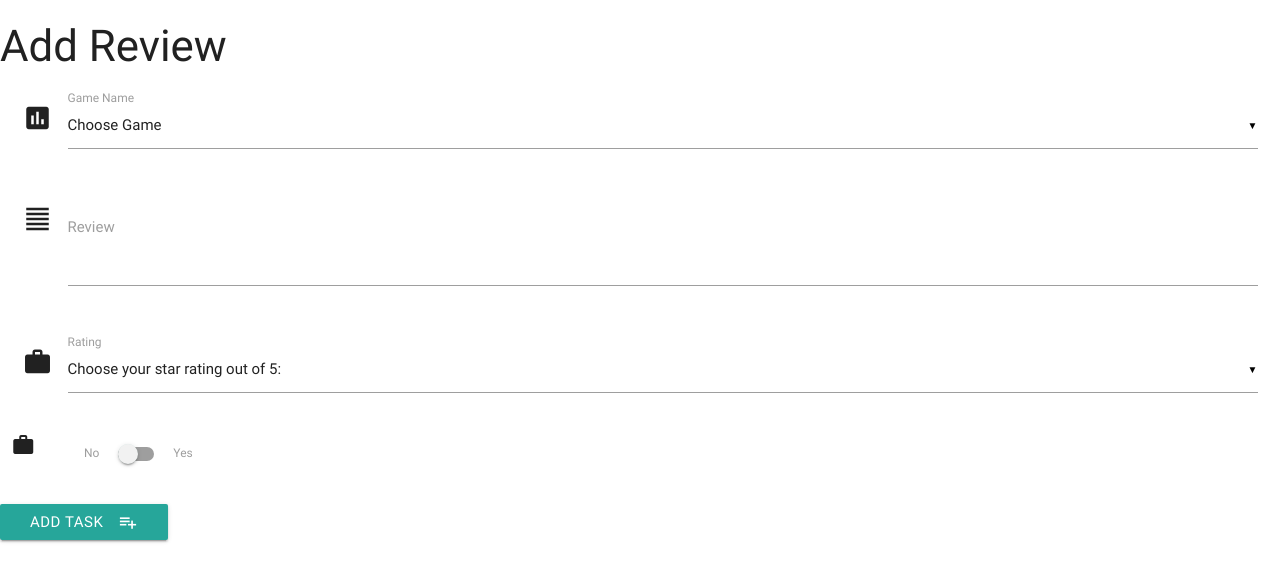
Repository: arcorco/dcd-milestone
Page: http://localhost/add_review
The author's editor kept a record of every edit. The page is drawn from the files as they stood at one moment, then again after the next edit.
The browser window is 1280 px wide. The pictures show the whole page.
Some web libraries are served in a nearby version. The page is served by the project's application, run on Flask 3 (app.py). Queries for data that is not in the repository find no rows.

Above is the page before.

### templates/addreview.html
{% extends 'base.html'%} {% block content %}

<h3>Add Review</h3>
<div class="row">
    <form action=# method="POST" class="col s12">
        <div class="row">
            <div class="input-field col s12">
                <i class="material-icons prefix">poll</i>
                <select id="game_name" name="game_name">
                  <option value="" disabled selected>Choose Game</option>
                  {% for game in games %}
                      <option value="{{game.game_name}}">{{game.game_name}}</option>
                  {% endfor %}
                </select>
                <label>Game Name</label>
            </div>
        </div>
        <div class="row">
            <div class="input-field col s12">
                <i class="material-icons prefix">format_align_justify</i>
                <textarea id="review" class="materialize-textarea"></textarea>
                <label for="review">Review</label>
            </div>
        </div>
        <div class="row">
            <div class="input-field col s12">
                <i class="material-icons prefix">work</i>
                <select>
      <option value="" disabled selected>Choose your star rating out of 5:</option>
      <option value="1">1</option>
      <option value="2">2</option>
      <option value="3">3</option>
      <option value="4">4</option>
      <option value="5">5</option>
    </select>
                <label>Rating</label>
            </div>
        </div>
        <div class="row">
                <div class="switch">
                    <i class="material-icons prefix">work</i>
                    <label>
      No
      <input type="checkbox">
      <span class="lever"></span>
      Yes
    </label>
                </div>
            </div>
        </div>
        <div class="row">
            <button class="btn waves-effect waves-light" type="submit" name="action">Add Task
                <i class="material-icons right">playlist_add</i>
             </button>
        </div>
    </form>
</div>

{% endblock %}

### templates/base.html
<!DOCTYPE html>
<html>

<head>
    <link href="https://fonts.googleapis.com/icon?family=Material+Icons" rel="stylesheet">
    <link rel="stylesheet" href="https://cdnjs.cloudflare.com/ajax/libs/materialize/0.100.2/css/materialize.min.css">
    <link rel="stylesheet" type="text/css" href="//cdn.jsdelivr.net/npm/slick-carousel@1.8.1/slick/slick.css" />
    <link rel="stylesheet" href="{{url_for('static', filename='css/style.css')}}" type="text/css"/>
</head>

<body>
    {% block content %} {% endblock %}

    <script src="https://cdnjs.cloudflare.com/ajax/libs/jquery/3.2.1/jquery.min.js"></script>
    <script src="https://cdnjs.cloudflare.com/ajax/libs/materialize/0.100.2/js/materialize.min.js"></script>
    <script type="text/javascript" src="//cdn.jsdelivr.net/npm/slick-carousel@1.8.1/slick/slick.min.js"></script>
    <script type="text/javascript">
        $(document).ready(function() {
            $('.game-carousel').slick({
            });

            $('input#game_description').characterCounter();

            $('select').material_select();
        });

    </script>
</body>

</html>

### app.py
import os
from flask import Flask, render_template, redirect, request, url_for
from flask_pymongo import PyMongo
from bson.objectid import ObjectId

app = Flask(__name__)

app.config["MONGO_DNAME"] = 'game_review'
app.config["MONGO_URI"] = 'mongodb+srv://first_user:WG9zKqgDwfDTHNa@myfirstcluster-74ub4.mongodb.net/game_review?retryWrites=true&w=majority'
#environment variable for username and password

mongo = PyMongo(app)

@app.route('/')
@app.route('/get_games')
def get_games():
    return render_template('games.html', games=mongo.db.games.find())

@app.route('/add_game')
def add_game():
    return render_template('addgame.html')

@app.route('/insert_game', methods=['POST'])
def insert_game():
    games = mongo.db.games
    new_game = request.form.to_dict()
    min_players = new_game.get("number_of_players_min")
    max_players = new_game.get("number_of_players_max")
    min_age = new_game.get("age_range")
    age = "%s+" % min_age
    players = "%s-%s" % (min_players, max_players)
    new_game.update( {'number_of_players' : players} )
    new_game.update( {'age_range' : age} )
    games.insert_one(new_game)
    return redirect(url_for('get_games'))

@app.route('/edit_game/<game_id>')
def edit_game(game_id):
    the_game = mongo.db.games.find_one({"_id": ObjectId(game_id)})
    return render_template('editgame.html', game=the_game)

@app.route('/update_game/<game_id>', methods=["POST"])
def update_game(game_id):
    games = mongo.db.games
    games.update( {'_id': ObjectId(game_id)},
    {
        'game_name':request.form.get('game_name'),
        'game_description':request.form.get('game_description'),
        'manufacturer':request.form.get('manufacturer'),
        'number_of_players_min':request.form.get('number_of_players_min'),
        'number_of_players_max':request.form.get('number_of_players_max'),
        'number_of_players':"%s-%s" % (request.form.get('number_of_players_min'), request.form.get('number_of_players_max')),
        'age_range': "%s+" % (request.form.get('age_range'))
    })
    return redirect(url_for('get_games'))

@app.route('/delete_game/<game_id>')
def delete_game(game_id):
    mongo.db.games.remove({'_id': ObjectId(game_id)})
    return redirect(url_for('get_games'))

@app.route('/get_reviews')
def get_reviews():
    return render_template('reviews.html', reviews=mongo.db.reviews.find())

@app.route('/add_review')
def add_review():
    return render_template('addreview.html', games=mongo.db.games.find())

@app.route('/insert_review', methods=['POST'])
def insert_review():
    reviews = mongo.db.reviews
    new_review = request.form.to_dict()
    recommended = new_review.get("recommended")
    if recommended == "on":
        new_review.update( {'recommended' : yes} )
    else:
        new_review.update( {'recommended' : no })
    reviews.insert_one(request.form.to_dict())
    return redirect(url_for('get_reviews'))


@app.route('/edit_review/<review_id>')
def edit_review(review_id):
    return render_template('editreview.html', review=mongo.db.reviews.find_one({'_id': ObjectId(review_id)}))


if __name__ == "__main__":
    app.run(host=os.environ.get('IP'),
            port=int(os.environ.get('PORT')),
            debug=True)

Loaded but not shown: static/css/style.css (common file)

After the next edit:
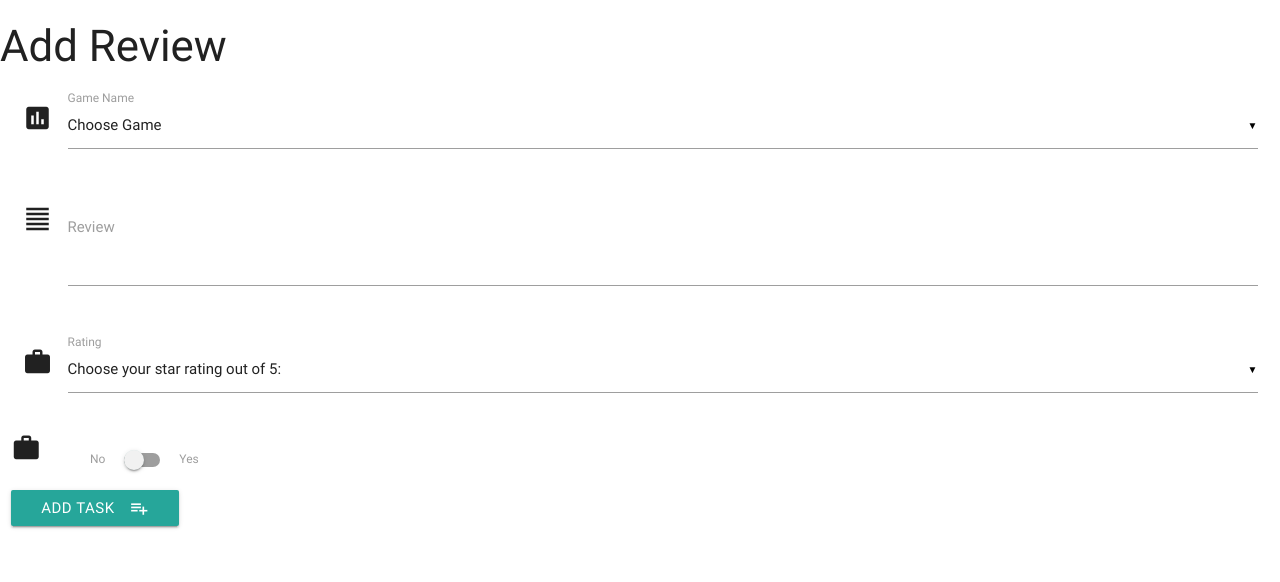
The edit:
--- a/templates/addreview.html
+++ b/templates/addreview.html
@@ -37,17 +37,17 @@
             </div>
         </div>
         <div class="row">
-                <div class="switch">
-                    <i class="material-icons prefix">work</i>
-                    <label>
+            <div class="switch">
+                <i class="material-icons prefix small">work</i>
+                <label>
       No
       <input type="checkbox">
       <span class="lever"></span>
       Yes
     </label>
-                </div>
             </div>
         </div>
+
         <div class="row">
             <button class="btn waves-effect waves-light" type="submit" name="action">Add Task
                 <i class="material-icons right">playlist_add</i>
